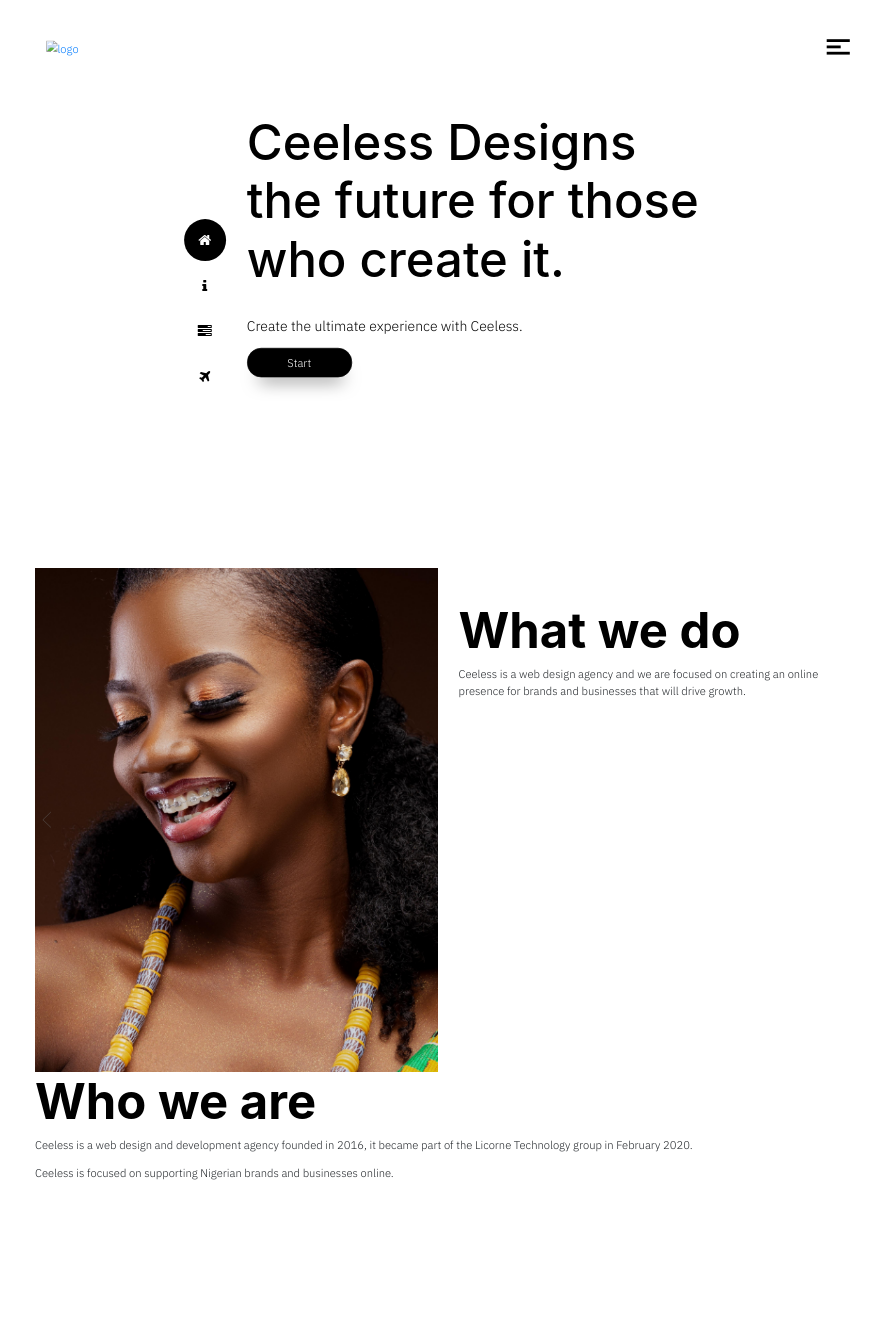
Repository: Licorne-Technologies/Ceeless-v2
Page: index.html
The author's editor kept a copy of each file at every save. The page is drawn from the files as they stood at one save, then again after the next save.
The browser window is 1280 px wide. The pictures show the part of the page from y = 0 to 1920 px (the page is 3037 px tall), at 70% of full size.
Some web libraries are served in a nearby version. The style sheet was rebuilt from its Sass, Less or Tailwind sources for each picture, by a compiler version that may differ from the author's.

Above is the page before, as saved 2020-06-15 13:23:37.

### index.html
<!DOCTYPE html>
<html lang="en">
<head>
    <meta charset="UTF-8">
    <meta name="viewport" content="width=device-width, initial-scale=1.0">
    <!-- UIkit CSS -->
    <link rel="stylesheet" href="https://cdn.jsdelivr.net/npm/uikit@3.5.4/dist/css/uikit.min.css" />
    <!--Bootstrap-->
    <link rel="stylesheet" href="https://stackpath.bootstrapcdn.com/bootstrap/4.4.1/css/bootstrap.min.css" integrity="sha384-Vkoo8x4CGsO3+Hhxv8T/Q5PaXtkKtu6ug5TOeNV6gBiFeWPGFN9MuhOf23Q9Ifjh" crossorigin="anonymous">
    <!--Font awesome -->
    <link rel="stylesheet" href="https://stackpath.bootstrapcdn.com/font-awesome/4.7.0/css/font-awesome.min.css">
    <!--Stylesheet-->
    <link rel="stylesheet" href="css/stylesheet.css">
    <title>Ceeless || Licorne Technologies</title>
</head>
<body>
 <main class="wrapper pt-5">
     <!--Navigation Bar-->
    <header class="navbar">
        <div class="logo">
            <a href="index.html">
                <img src="" alt="logo">
            </a>
        </div>
        <div class="menu">
            <a class="menuIcon" href="#modal-full" uk-toggle>
                <span class="long-bar"></span>
                <span class="short-bar"></span>
                <span class="long-bar"></span>
            </a>
        </div>
        <!--Menu Modal-->
        <div id="modal-full" class="uk-modal-full" uk-modal>
            <div class="uk-modal-dialog">
                <button class="uk-modal-close-full uk-close-large" type="button" uk-close></button>
                <div class="row">
                    <div class="col">
                        <div class="menuItems">
                            <ul class="menuList">
                                <li>
                                    <a href="index.html" class="active"><i class="fa fa-home"></i>Home</a>
                                </li>
                                <li>
                                    <a href="#"><i class="fa fa-info"></i>About</a>
                                </li>
                                <li>
                                    <a href="#"><i class="fa fa-tasks" aria-hidden="true"></i>Portfolio</a>
                                </li>
                                <li>
                                    <a href="#"><i class="fa fa-plane"></i>Contact</a>
                                </li>
                            </ul>
                        </div>
                    </div>
                <div class="col"></div>
                </div>
            </div>
        </div>
    </header>
    <!--End of Navigation Bar-->



    <!--Jumbotron-->
    <section class="jumboText">
        <div class="row">
            <div class="col-3">
                <!--Menu icons-->
                <div class="menuItems">
                    <ul class="menuList">
                        <li>
                            <a href="index.html" class="active"><i class="fa fa-home"></i></a>
                        </li>
                        <li>
                            <a href="#"><i class="fa fa-info"></i></a>
                        </li>
                        <li>
                            <a href="#"><i class="fa fa-tasks" aria-hidden="true"></i></a>
                        </li>
                        <li>
                            <a href="#"><i class="fa fa-plane"></i></a>
                        </li>
                    </ul>
                </div>
            </div>
            <div class="col-9">
                <div class="message card w-75">
                    <!--Message Text-->
                    <h1>Ceeless Designs the future for those who create it.</h1>
                    <p>Create the ultimate experience with Ceeless.</p>
                    <!--Action Btn-->
                    <a href="#" class="action-btn">Start</a>
                </div>

            </div>
        </div>
    </section>
    <!--End of Jumbotron-->

    <!--Portfolio and What We Do Section-->
    <section class="comboSection">
        <div class="row">
            <div class="col">
                <!--Portfolio Gallery-->
                <div uk-slideshow="autoplay: true; autoplay-interval: 2000; pause-on-hover: true" >
                    <ul class="uk-slideshow-items" uk-height-viewport="min-height: 300">
                        <li>
                            <img src="assets/DemoImage1.jpg" alt="" uk-cover>
                        </li>
                        <li>
                            <img src="assets/DemoImage2.jpg" alt="" uk-cover>
                        </li>
                        <li>
                            <img src="assets/DemoImage3.jpg" alt="" uk-cover>
                        </li>
                    </ul>
                    <a class="uk-position-center-left uk-position-small uk-hidden-hover" href="#" uk-slidenav-previous uk-slideshow-item="previous"></a>
                    <a class="uk-position-center-right uk-position-small uk-hidden-hover" href="#" uk-slidenav-next uk-slideshow-item="next"></a>
                </div>
            </div>
            <div class="col">
                <h2 class="title pt-5">What we do</h2>
                <p>Ceeless is a web design agency and we are focused on creating an online presence for brands and businesses that will drive growth.</p>
                <!--What we do Progress bar-->
            </div>
        </div>
    </section>
    <!--End of section-->

    <!--About us-->
    <section class="aboutUs">
        <div class="row">
            <div class="col">
                <h2 class="title">Who we are</h2>
                <p>Ceeless is a web design and development agency founded in 2016, it became part of the Licorne Technology group in February 2020.</p>
                <p>Ceeless is focused on supporting Nigerian brands and businesses online.</p>
            </div>
        </div>
    </section>
    <!--End of section-->

    <section class="contactUs">
        <div class="row">
            <div class="col">
                <h2 class="title">Work with us</h2>
                <h5>on your next project or get in touch for a chat.</h5>
            </div>
            <div class="col">
                <!--form-->
            </div>
        </div>
    </section>
 </main>
 <footer class="footer">
     <p>&copy;Ceeless Designs | Licorne Technologies</p>
 </footer>

<!-- UIkit JS -->
<script src="https://cdn.jsdelivr.net/npm/uikit@3.5.4/dist/js/uikit.min.js"></script>
<script src="https://cdn.jsdelivr.net/npm/uikit@3.5.4/dist/js/uikit-icons.min.js"></script>
</body>
</html>

### css/stylesheet.scss
@import 'variables';
@import 'footer';
@import 'contact';
@import 'aboutUs';
@import 'whatWeDo';
@import 'portfolio';
@import 'jumbotron';
@import 'navbar';

*{
    margin: 0;
    padding: 0;
    text-decoration: none;
    list-style: none;
    font-family: $font;
}
 section {
    height: 100vh;
}

.title {
    color: $dark;
    font-size: $fontLarge;
    font-weight: $fontHeavy;
}
@media screen and (min-width: 760px){
    .wrapper {
        margin: 0 50px;
    }
}

### css/_variables.scss
@import url('https://fonts.googleapis.com/css2?family=IBM+Plex+Sans:wght@300;700&display=swap');

$font: 'IBM Plex Sans', sans-serif;
$fontLight: 300;
$fontHeavy: 700;
$fontLarge: 70px;
$fontSmall: 45px;
$fontText: 20px;
$fontTextSm: 16px;
$dark: black;
$light: white;
$box-shadow: 0 5px 15px rgba(0,0,0,0.08);
$btn-shadow: 2px 20px 25px -15px rgba(0, 0, 0, 0.54);
$text-shadow: 2px 2px 4px rgba(0, 0, 0, 0.377);

### css/footer.scss
@import 'variables';

.footer {
    background-color: $dark;
    display: flex;
    align-items: center;
    p{
        color: $light;
        font-size: $fontText;
        padding: 10px;
    }
}

### css/whatWeDo.scss
@import 'variables';

.comboSection {
    height: 100vh;
    display: flex;
    flex-direction: column;
    justify-content: center;
}

### css/jumbotron.scss
@import 'variables';

.jumboText {
    height: 100vh;
    display: flex;
    flex-direction: column;
    align-items: center;

    .card {
        border: none;
    }

    .menuItems {
        background-color: $light;
        display: flex;
        flex-direction: column;
        align-items: flex-end;

        a {
            font-size: $fontText;
            color: $dark;

            .fa {
                background-color: $light;
                color: $dark;
                margin-right: 0px;
                margin-bottom: 5px;
                height: 60px;
                width: 60px;
            }

            &:hover {
                .fa {
                    background-color: $dark;
                    color: $light;
                    transform: scale(1.2);
                }
            }
        }

        a.active {
            .fa {
                background-color: $dark;
                color: $light;
            }
        }
    }
}
.message {
    display: flex;
    flex-direction: column;
    align-items: flex-start;
    padding-top: 70px;
    h1{
        font-size: $fontLarge;
        color: $dark;
    }
    p{
        padding-top: 30px;
        font-size: $fontText;
        color: $dark;
    }
}
a.action-btn {
    border: 1px solid $dark;
    background-color: $dark;
    width: 150px;
    border-radius: 20px;
    padding: 10px;
    box-shadow: $btn-shadow;
    color: $light;
    text-align: center;
    line-height: 20px;
    &:hover{
        text-decoration: none;
    }

}

### css/navbar.scss
@import 'variables';

.navbar {
    display: flex;
    width: 100%;
    justify-content: space-between;
}

.menuIcon {
    display: flex;
    flex-direction: column;
        .long-bar,.short-bar{
            border: 2px solid $dark;
            margin-bottom: 5px;
        }
        .long-bar{
            width: 33px;
        }
        .short-bar{
            width: 20px;
        }

        &:hover{
            .long-bar{
                width: 20px;
                transition: width 300ms ease-in-out 0s;

            }
            .short-bar{
                width: 33px;

            }
        }
}

.uk-modal-full {
    height: 100vh;
    background-color: $dark;
    overflow: hidden;
}
.uk-modal-close-full, .uk-close-large, .menuItems{
    background-color: $dark;
    color: $light;
}
.menuItems {
    height: 100vh;
    display: flex;
    flex-direction: column;
    justify-content: center;
}
.menuList {
    li {
        a {
            display: flex;
            align-items: center;
            color: $light;
            font-size: $fontSmall;
            line-height: $fontSmall;

            .fa {
                display: flex;
                justify-content: center;
                align-items: center;
                height: 100px;
                width: 100px;
                border-radius: 50%;
                background-color: $dark;
                color: $light;
                margin-right: 7px;
            }

            &:hover {
                text-decoration: none;

                .fa{
                    background-color: $light;
                    color: $dark;
                }
            }
        }
    }
}

Loaded but not shown: css/contact.scss (common file); css/aboutUs.scss (common file); css/portfolio.scss (common file)

After the next save:
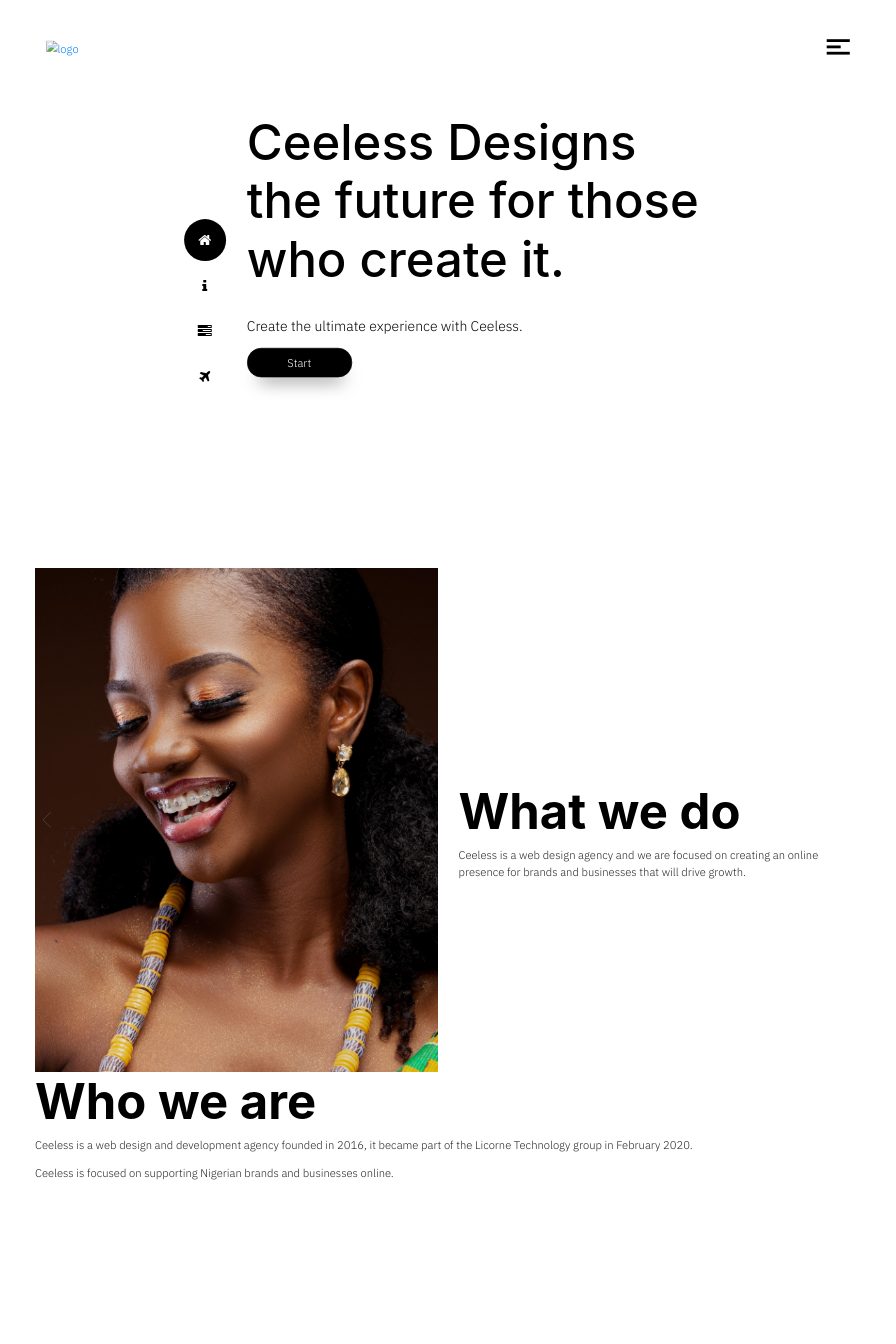
Saved 30 s later.
--- a/css/whatWeDo.scss
+++ b/css/whatWeDo.scss
@@ -5,4 +5,11 @@
     display: flex;
     flex-direction: column;
     justify-content: center;
+
+    .col {
+        height: 100vh;
+    display: flex;
+    flex-direction: column;
+    justify-content: center;
+    }
 }
